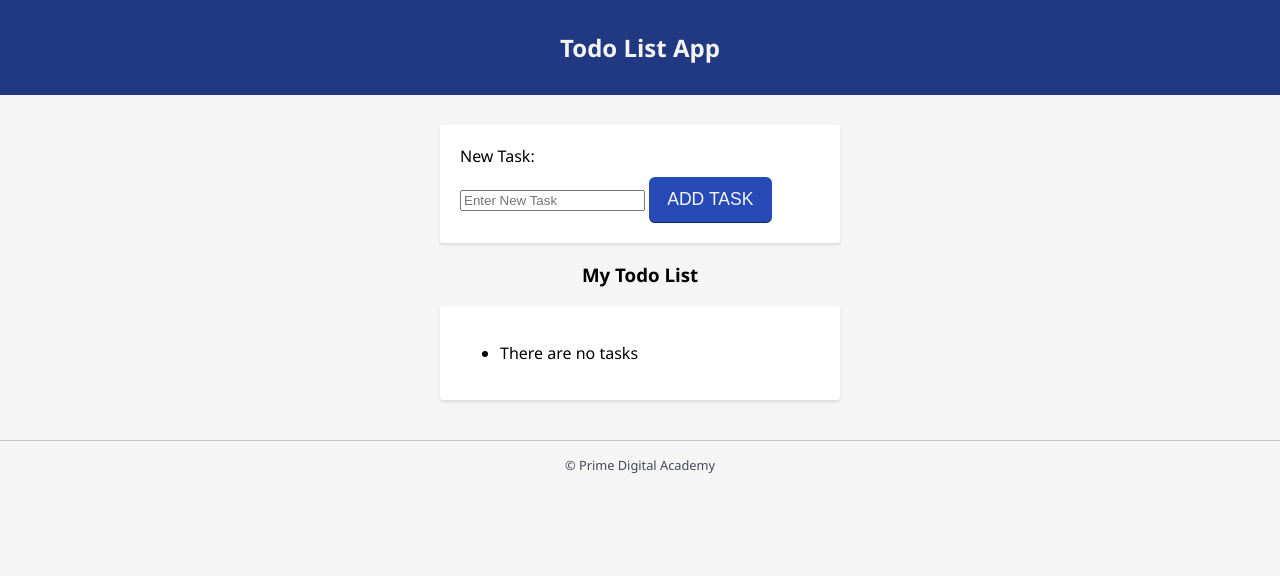
Repository: ryanmgregory/ursus-todo-list
Page: index.html
These files come from the project's save history. The page is drawn as it stood at one moment and after the next save; the edit follows.
The browser window is 1280 px wide. The pictures show the whole page.

Above is the page before, as saved 2020-03-19 23:05:23.

After the next save:
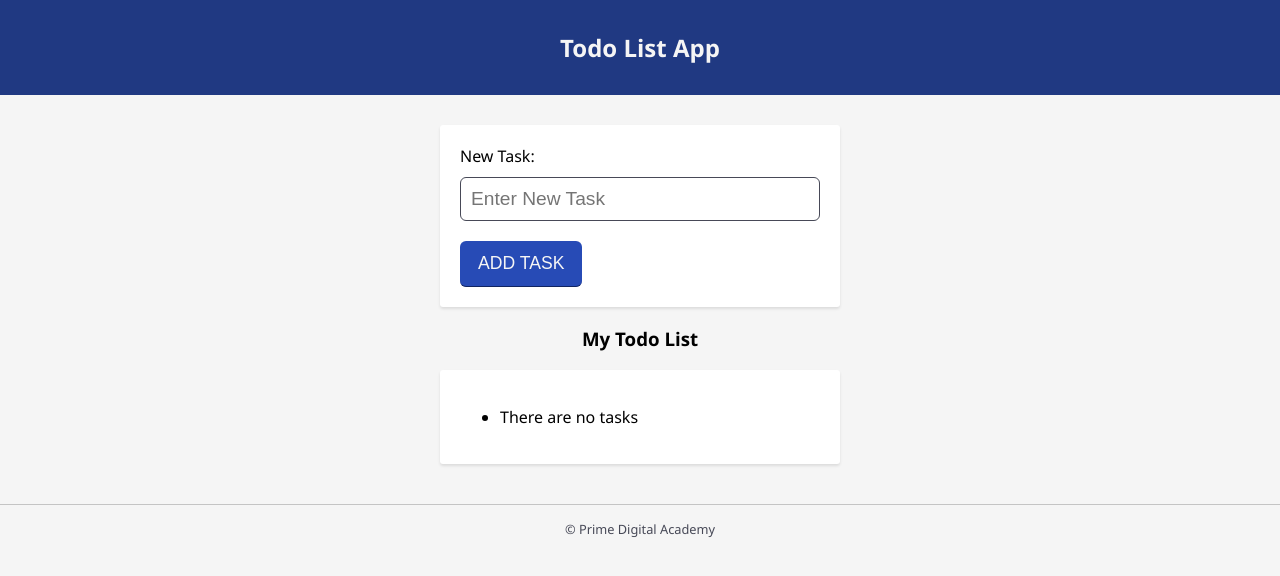
Saved 12 s later.
--- a/style.css
+++ b/style.css
@@ -107,7 +107,7 @@ body {
   margin: 0 0 10px;
 }
 
-.field {
+.js-input-task {
   margin: 0 0 20px;
   padding: 10px;
   width: 100%;
